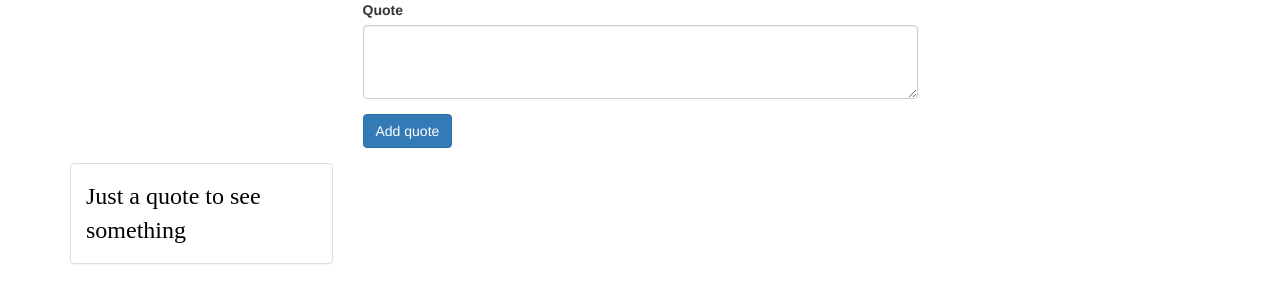
Repository: Azariagmt/Vue
Page: / (app in quote/Start/)
These files come from the project's save history. The page is drawn as it stood at one moment and after a run of saves; the edit follows.
The browser window is 1280 px wide. The pictures show the whole page.
Some web fonts or font styles are not loaded; a fallback is used. The project was rebuilt for these pictures with package versions that can differ from the ones it lists, and the page was loaded fresh each time. Also part of the build but not shown: quote/Start/webpack.config.js.

Above is the page before, as saved 2020-05-08 13:21:56.

After the next 5 saves:
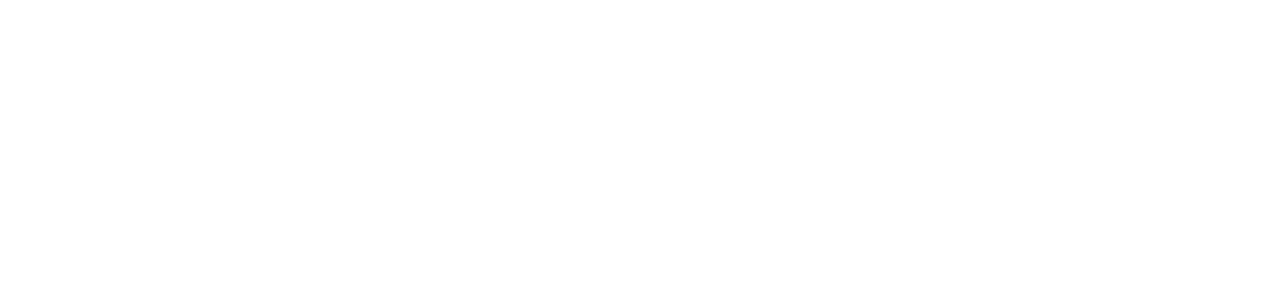
Console error: ReferenceError: newQuote is not defined
The 5 saves are shown as one change because they came seconds apart.
The last was saved 20 s later.
--- a/quote/Start/src/App.vue
+++ b/quote/Start/src/App.vue
@@ -16,6 +16,9 @@
                 maxQuotes: 10
             }
         },
+        methods:{
+            newQuote
+        },
         components:{
             appQuoteGrid: QuoteGrid,
             appNewQute: NewQuote

After the 3 saves that followed:
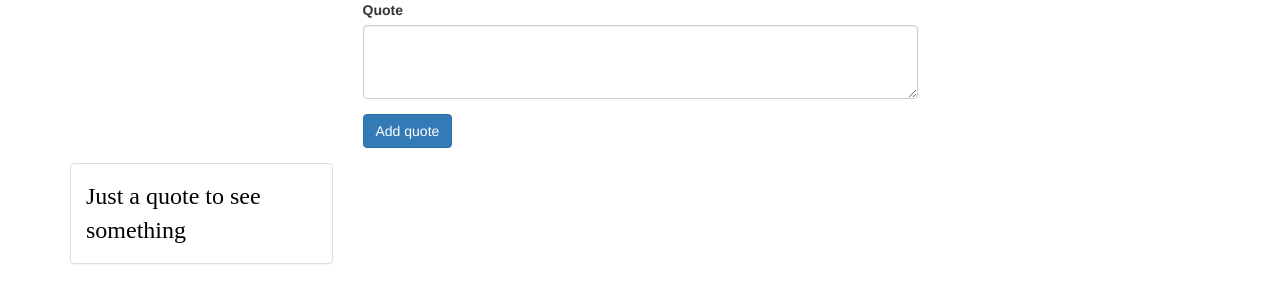
The error is gone.
The 3 saves are shown as one change because they came seconds apart.
The last was saved 88 s later.
--- a/quote/Start/src/App.vue
+++ b/quote/Start/src/App.vue
@@ -17,7 +17,9 @@
             }
         },
         methods:{
-            newQuote
+            newQuote(quote){
+
+            }
         },
         components:{
             appQuoteGrid: QuoteGrid,
